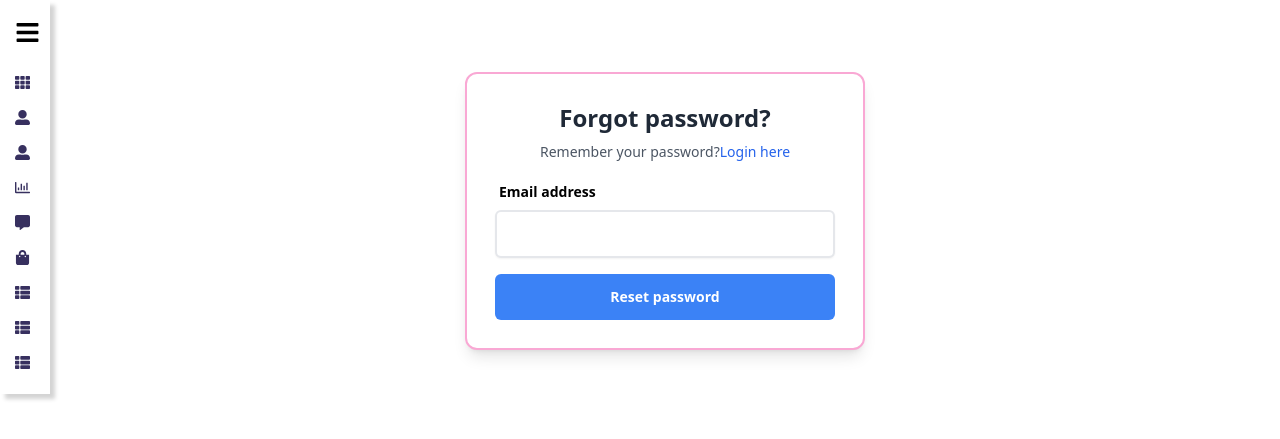
Repository: AndargWorku12/admin-dashboard
Page: /forget-password
These files come from the project's save history. The page is drawn as it stood at one moment and after the next save; the edit follows.
The browser window is 1280 px wide. The pictures show the whole page.
The project was rebuilt for these pictures with package versions that can differ from the ones it lists, and the page was loaded fresh each time. Also part of the build but not shown: src/styles/analytics.css, src/pages/Analytics.tsx, src/pages/Dashboard.tsx, src/styles/orders.css, src/pages/OrderTable.tsx, src/pages/OrderModal.tsx, src/pages/Orders.tsx, src/styles/category.css and 11 more.

Above is the page before, as saved 2024-02-03 04:37:04.

After the next save:
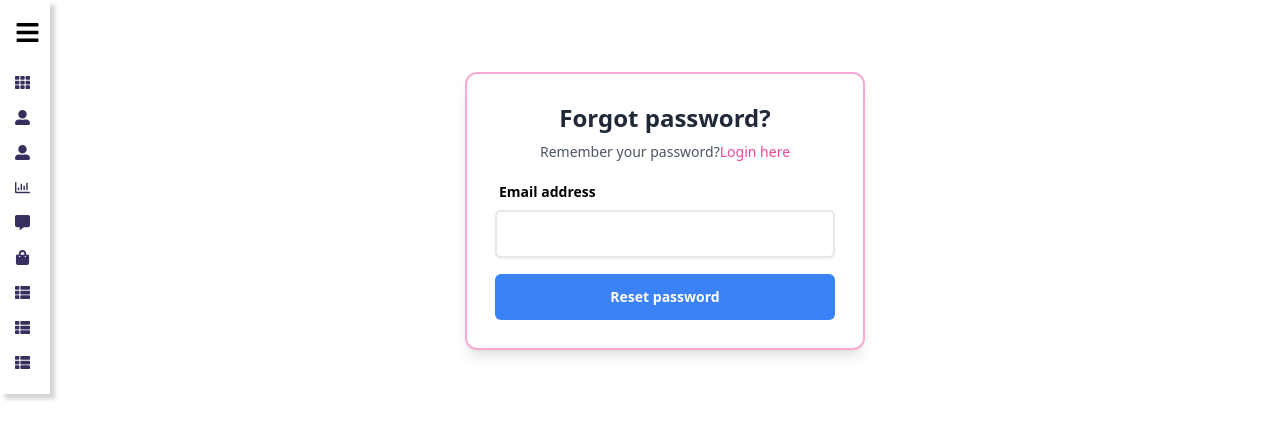
Saved 50 s later.
--- a/src/pages/ForgetPassword.tsx
+++ b/src/pages/ForgetPassword.tsx
@@ -10,7 +10,7 @@ const ForgotPassword: React.FC = () => {
             <h1 className="block text-2xl font-bold text-gray-800 dark:text-white">Forgot password?</h1>
             <p className="mt-2 text-sm text-gray-600 dark:text-gray-400">
               Remember your password?
-              <a className="text-blue-600 decoration-2 hover:underline font-medium" href="/login">
+              <a className="text-pink-500 decoration-2 hover:underline font-medium" href="/login">
                 Login here
               </a>
             </p>
